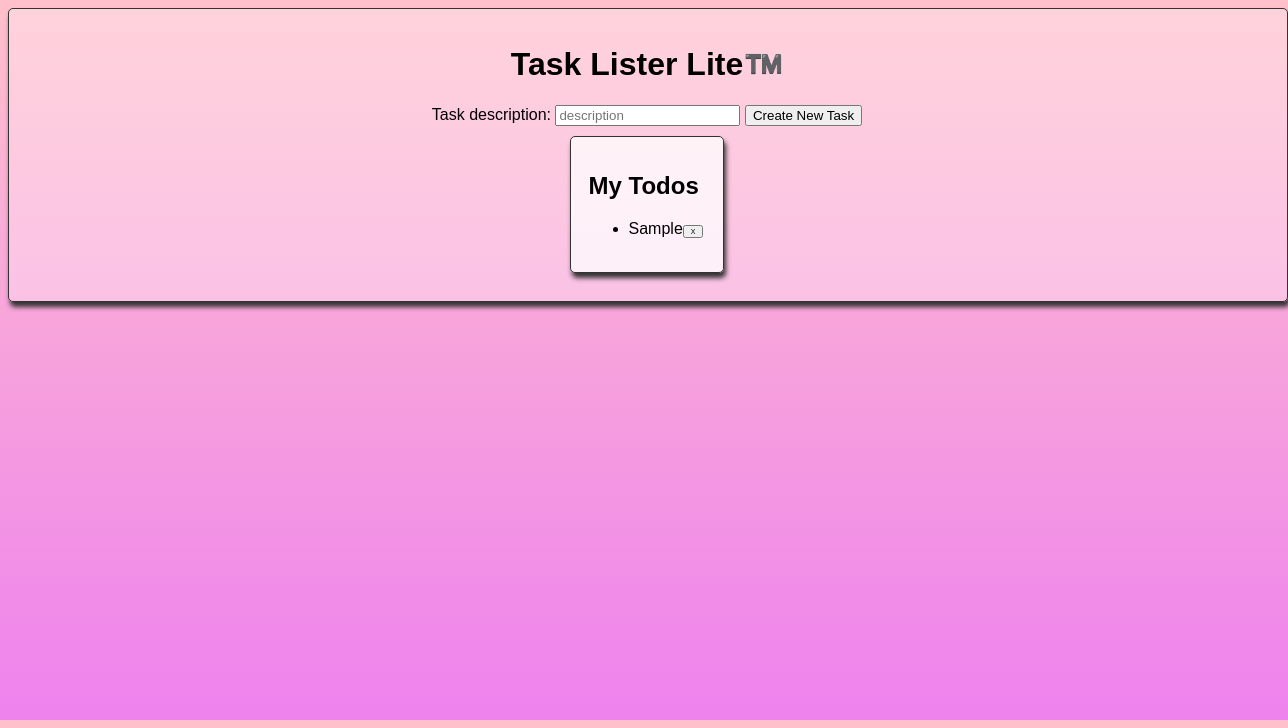
Repository: learn-co-students/jsdom-task-lister-lite-onl01-seng-pt-012120
Page: index.html
An editor plug-in stored every save of this project. The page is shown before and after the next save, followed by the edit.
The browser window is 1280 px wide. The page is 1288 px wide, so the pictures cover 1288 px, including what lies to the right of the window. The pictures show the whole page.
Empty fields were first filled with sample values (such as "Sample", 5 or name@example.com).
After loading, the first visible `#create-task-form` was submitted once.

Above is the page before, as saved 2020-07-28 10:45:51.

After the next save:
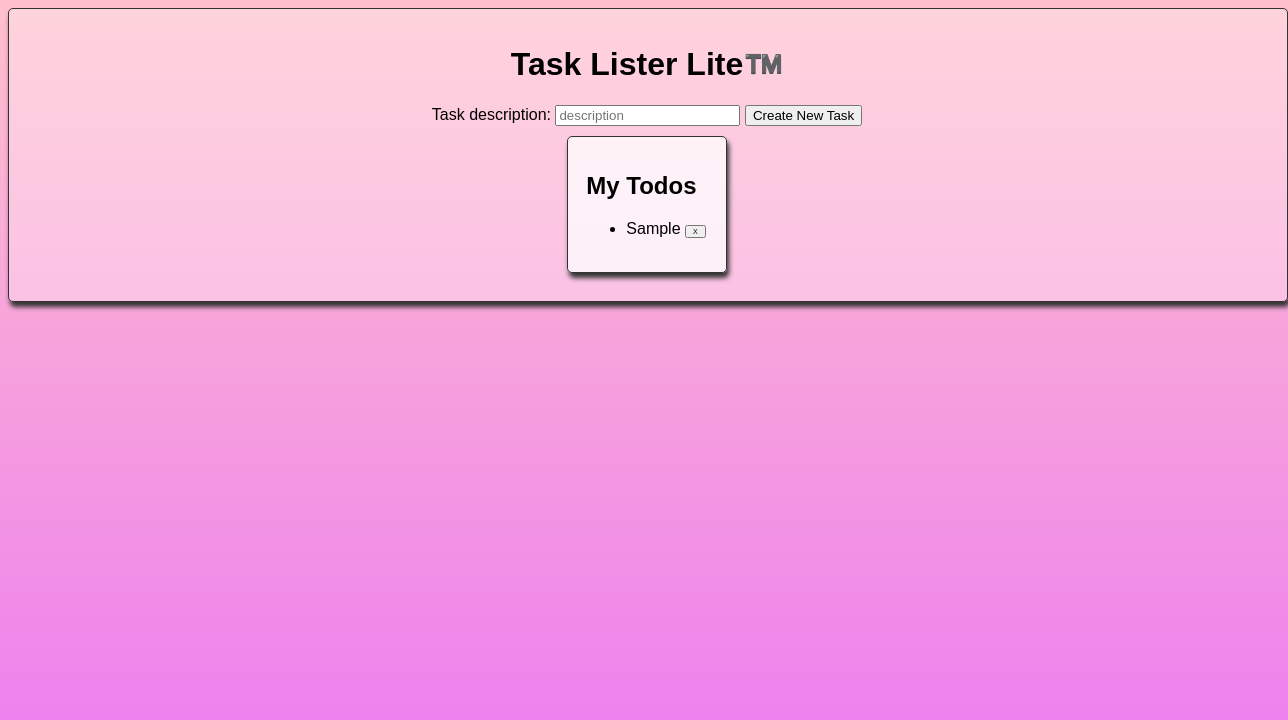
Saved 58 s later.
--- a/src/index.js
+++ b/src/index.js
@@ -17,7 +17,7 @@ document.addEventListener("DOMContentLoaded", () => {
   let addToDoTask = (task) => {
     if (task) {
       let li = document.createElement('li');
-      li.innerHTML = task + '<button data-description=${task}>X</button>';
+      li.innerHTML = task + ' <button data-description=${task}>X</button>';
       tasks.appendChild(li);
     };
   };
